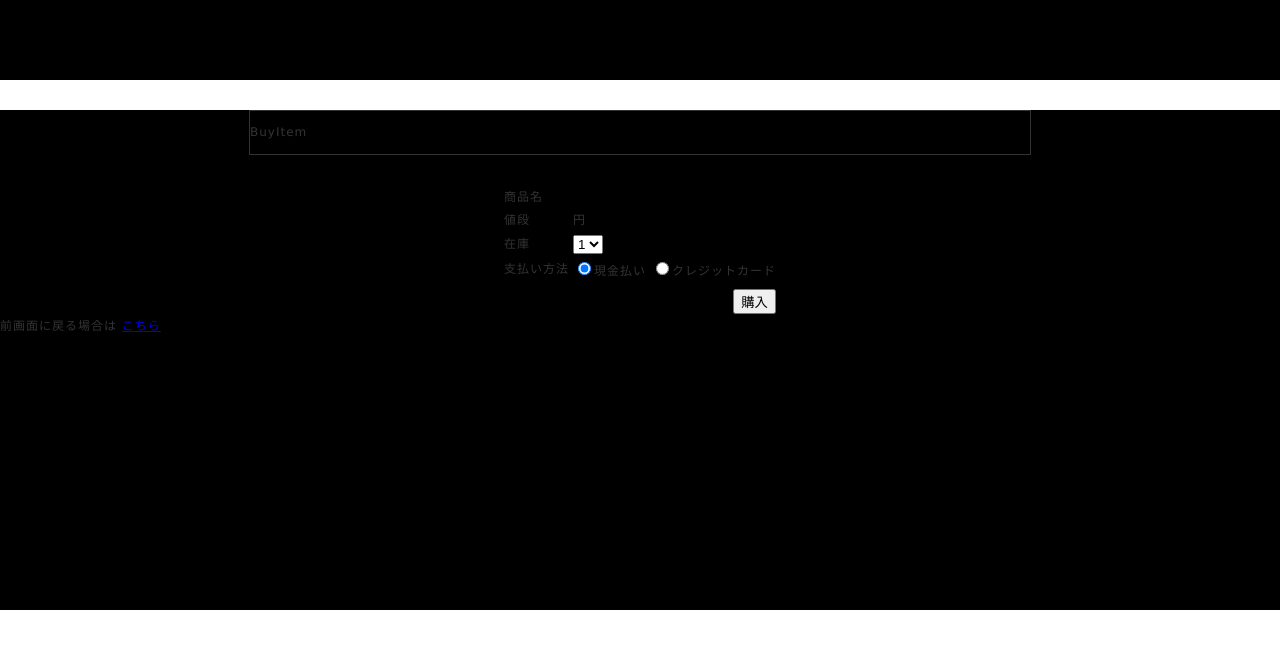
Repository: hiroki811/test
Page: http://localhost/template/byItem.jsp
These files come from the project's save history. The page is drawn as it stood at one moment and after the next save; the edit follows.
The browser window is 1280 px wide. The pictures show the whole page.
The page is served by Tomcat 9.

Above is the page before, as saved 2018-04-19 04:33:47.

After the next save:
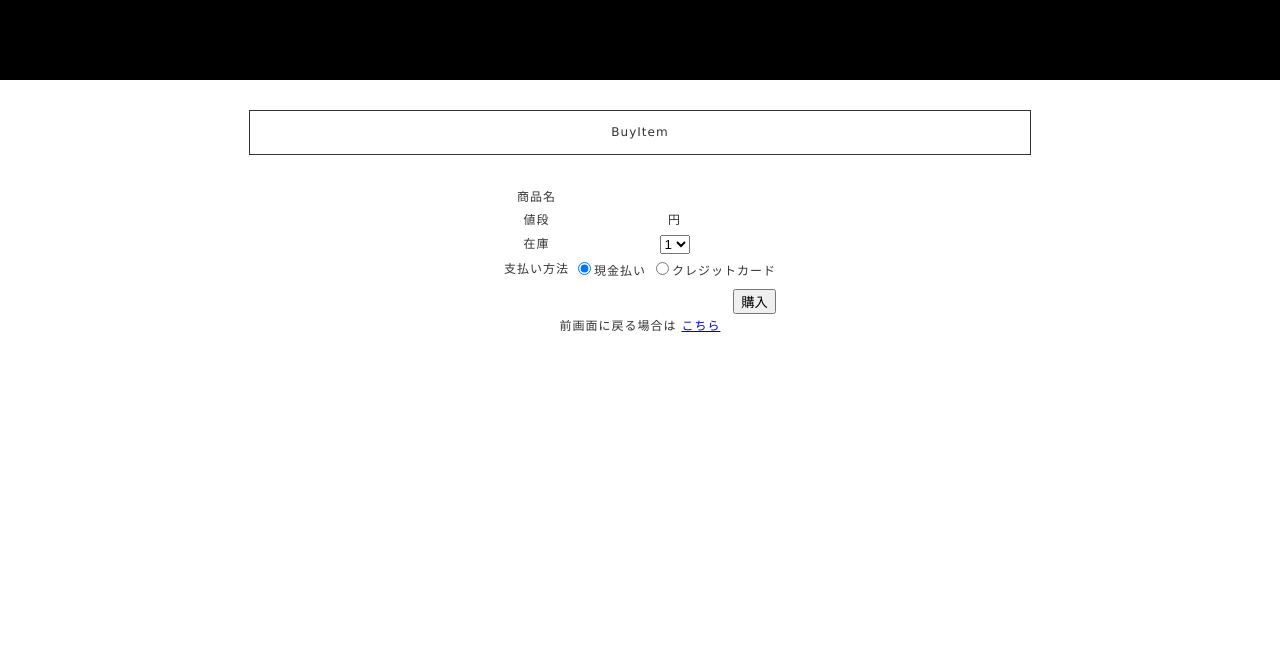
Saved 90 s later.
--- a/template/WebContent/byItem.jsp
+++ b/template/WebContent/byItem.jsp
@@ -46,7 +46,8 @@ table {
 #main {
 	width: 100%;
 	height: 500px;
-	background-color: black;
+    text-align:center;
+
 }
 
 #footer {
